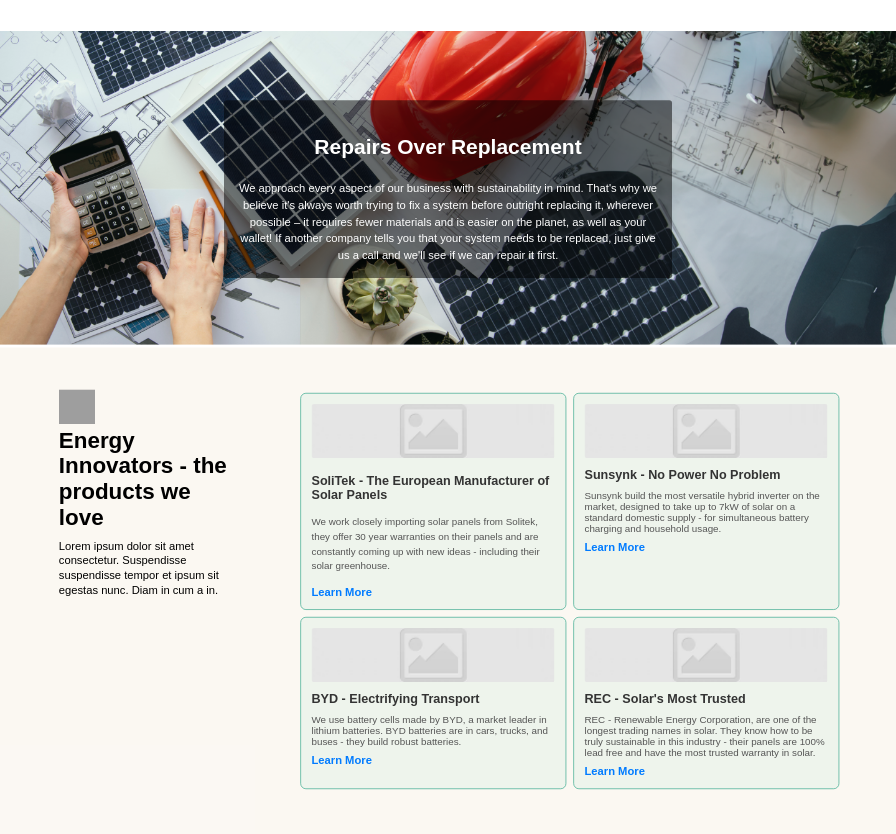
Repository: MaramNabil872/Landing-Page
Page: landingPage.html
An editor plug-in stored every save of this project. The page is shown before and after the next save, followed by the edit.
The browser window is 1280 px wide. The pictures show the part of the page from y = 2566 to 4486 px (the page is 3758 px tall before and 4486 px after), at 70% of full size.
Pictures or frames that could not be fetched are drawn as grey boxes.

Above is the page before, as saved 2024-10-21 18:07:47.

After the next save:
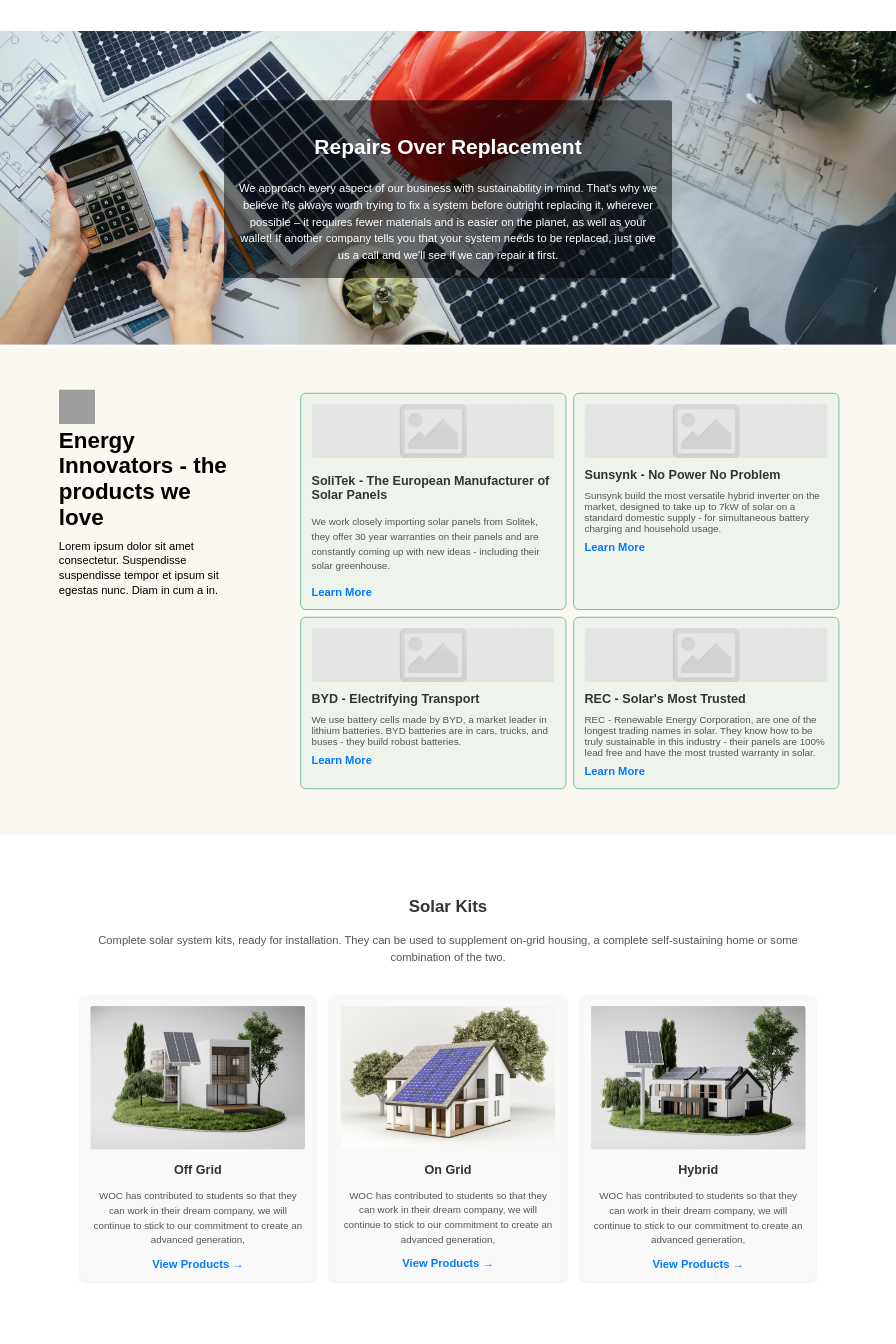
Saved 19 s later.
--- a/landingPage.html
+++ b/landingPage.html
@@ -262,7 +262,55 @@
 
     <!-- fifth section -->
 
-
+    <div class="white-container">
+        <h2 class="title">Solar Kits</h2>
+        <p class="text">
+            Complete solar system kits, ready for installation. They can be
+            used to supplement on-grid housing, a complete self-sustaining
+            home or some combination of the two.
+        </p>
+
+        <div class="card-container">
+            <div class="card">
+                <img src="images/1.png" alt="Image 2" class="card-image" />
+                <h3 class="card-title">Off Grid</h3>
+                <p class="card-text">
+                    WOC has contributed to students so that they can work in
+                    their dream company, we will continue to stick to our
+                    commitment to create an advanced generation,
+                </p>
+                <a href="#" class="card-link">View Products →</a>
+            </div>
+            <div class="card">
+                <img
+                    src="images/solar-panels-meadow 2 (1).png"
+                    alt="Image 3"
+                    class="card-image"
+                />
+                <h3 class="card-title">On Grid</h3>
+                <p class="card-text">
+                    WOC has contributed to students so that they can work in
+                    their dream company, we will continue to stick to our
+                    commitment to create an advanced generation,
+                </p>
+                <a href="#" class="card-link">View Products →</a>
+            </div>
+            <div class="card">
+                <img
+                    src="images/solar-panels-meadow 3.png"
+                    alt="Image 1"
+                    class="card-image"
+                />
+                <h3 class="card-title">Hybrid</h3>
+                <p class="card-text">
+                    WOC has contributed to students so that they can work in
+                    their dream company, we will continue to stick to our
+                    commitment to create an advanced generation,
+                </p>
+                <a href="#" class="card-link">View Products →</a>
+            </div>
+        </div>
+    </div>
 
 
 
